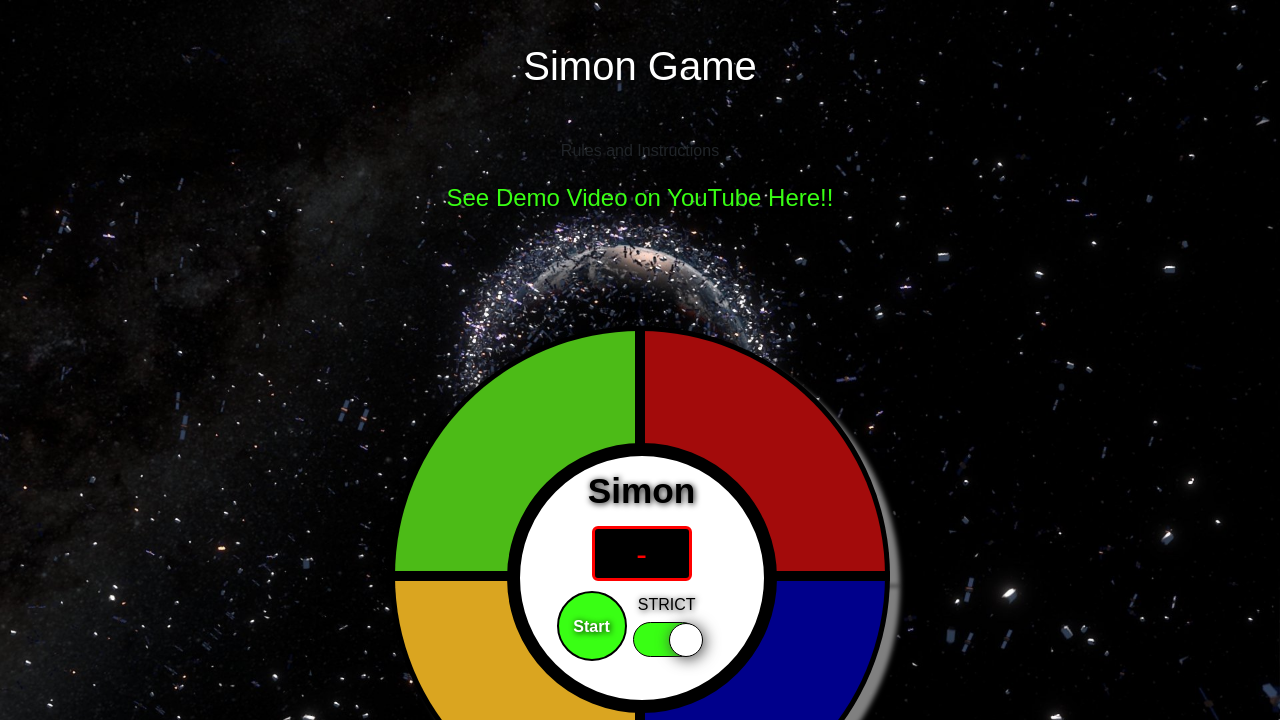
Repository: cgaynor91/Simon-Memory-Game
Page: index.html
The author's editor kept a record of every edit. The page is drawn from the files as they stood at one moment, then again after the next edit.
The browser window is 1280 px wide. The pictures show the whole page.
An inner scrolling area shows only its first screen. Some web fonts or font styles are not loaded; a fallback is used.

Above is the page before.

After the next edit:
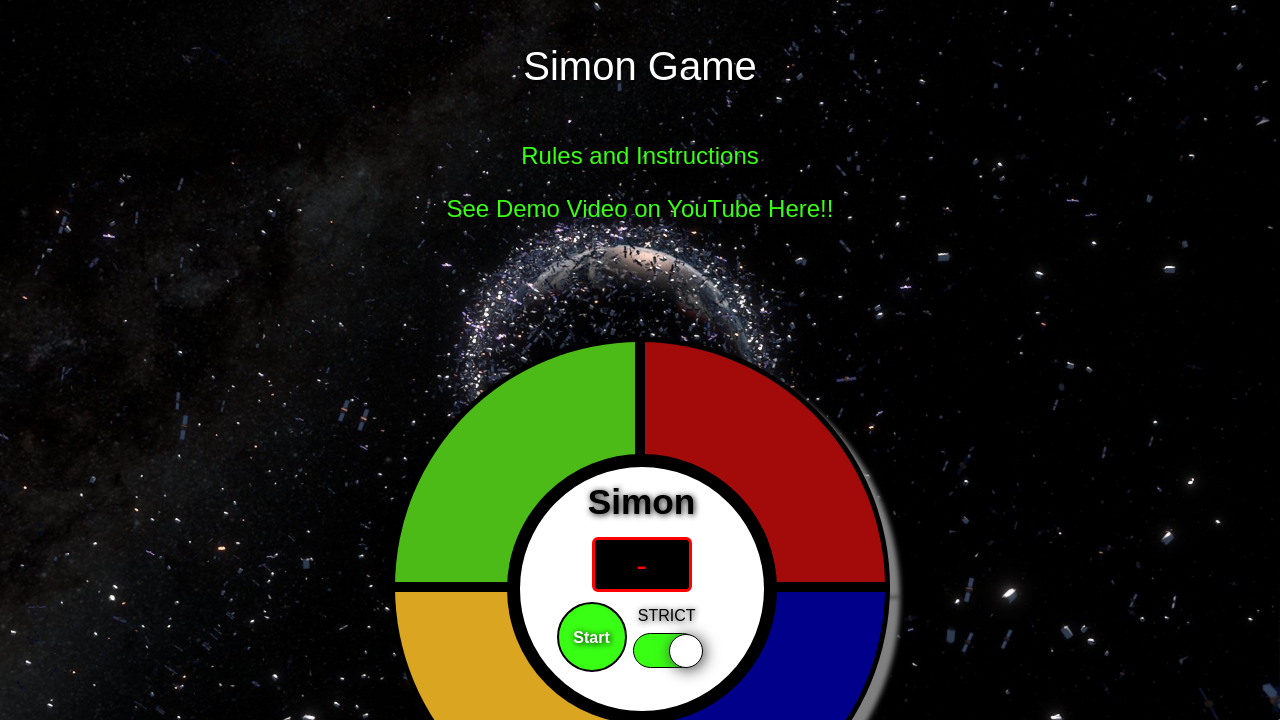
The edit:
--- a/assets/css/style.css
+++ b/assets/css/style.css
@@ -52,6 +52,14 @@
   margin-top: 10px;
 }
 
+
+/* Modal */
+
+.btn-modal {
+    color: #39ff14;
+  padding-top: 5px;
+  font-size: 1.5em;
+}
 
 
 /* Containers */
